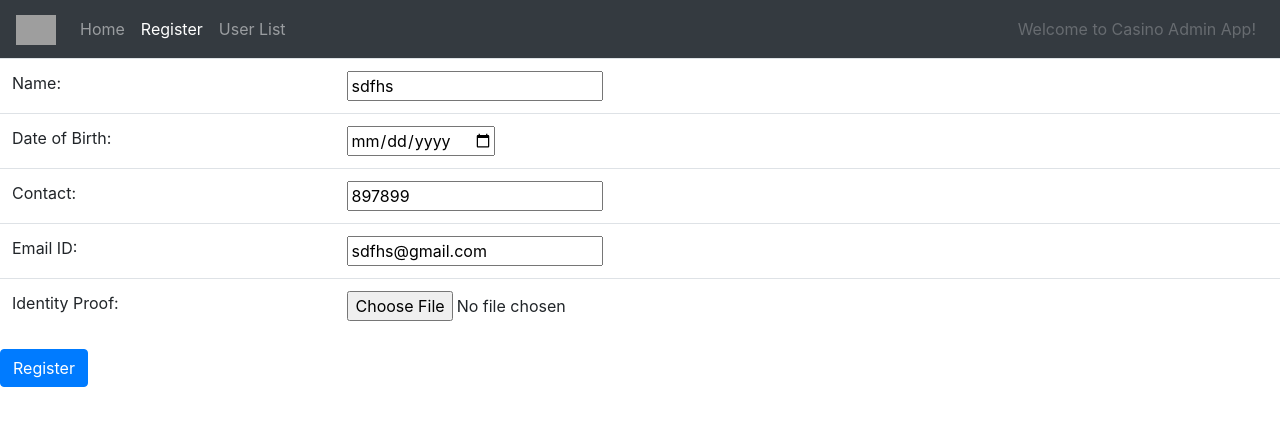
Repository: piyushrulesyou/CasinoGameApplication
Page: http://localhost/adminPanel/RegisterUser.jsp
The author's editor kept a copy of each file at every save. The page is drawn from the files as they stood at one save, then again after the next save.
The browser window is 1280 px wide. The pictures show the whole page.
Pictures or frames that could not be fetched are drawn as grey boxes. The page is served by Tomcat 9. Nobody is signed in. The application's start-up code is not run. The template is opened directly, without the code that normally fills it, so the values that code supplies are empty.

Above is the page before, as saved 2019-10-31 18:21:42.
Console error: TypeError: Cannot read properties of undefined (reading 'setDefaults')

After the next save:
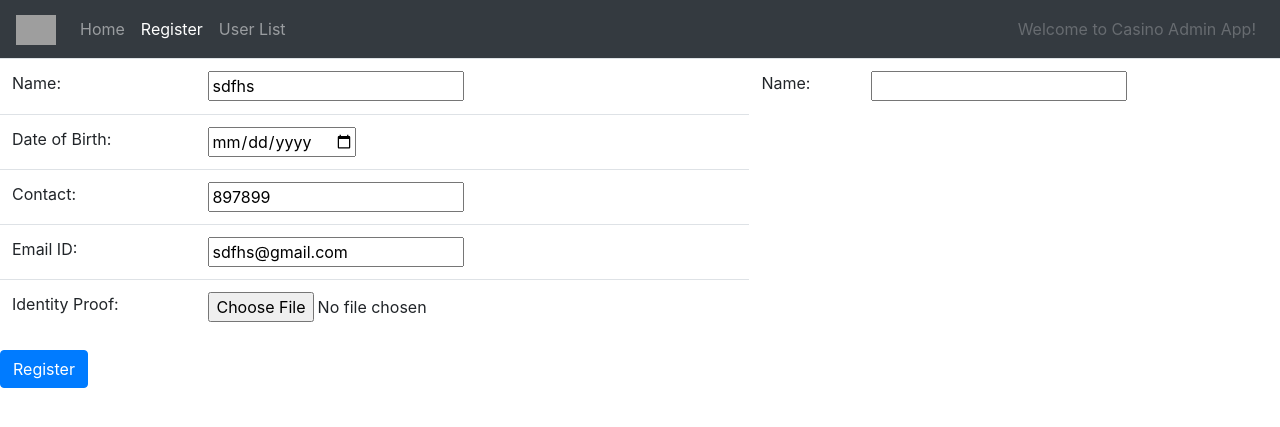
Saved 119 s later.
--- a/AdminPanel/adminPanel/src/main/webapp/RegisterUser.jsp
+++ b/AdminPanel/adminPanel/src/main/webapp/RegisterUser.jsp
@@ -74,6 +74,9 @@
 					<td><input type="text" id="customerName" name="customerName"
 						placeholder="Enter name" value="sdfhs" required="required"></td>
 
+					<td><form:label path="customerName">Name: </form:label></td>
+					<td><form:input path="customerName" /></td>
+
 				</tr>
 
 
